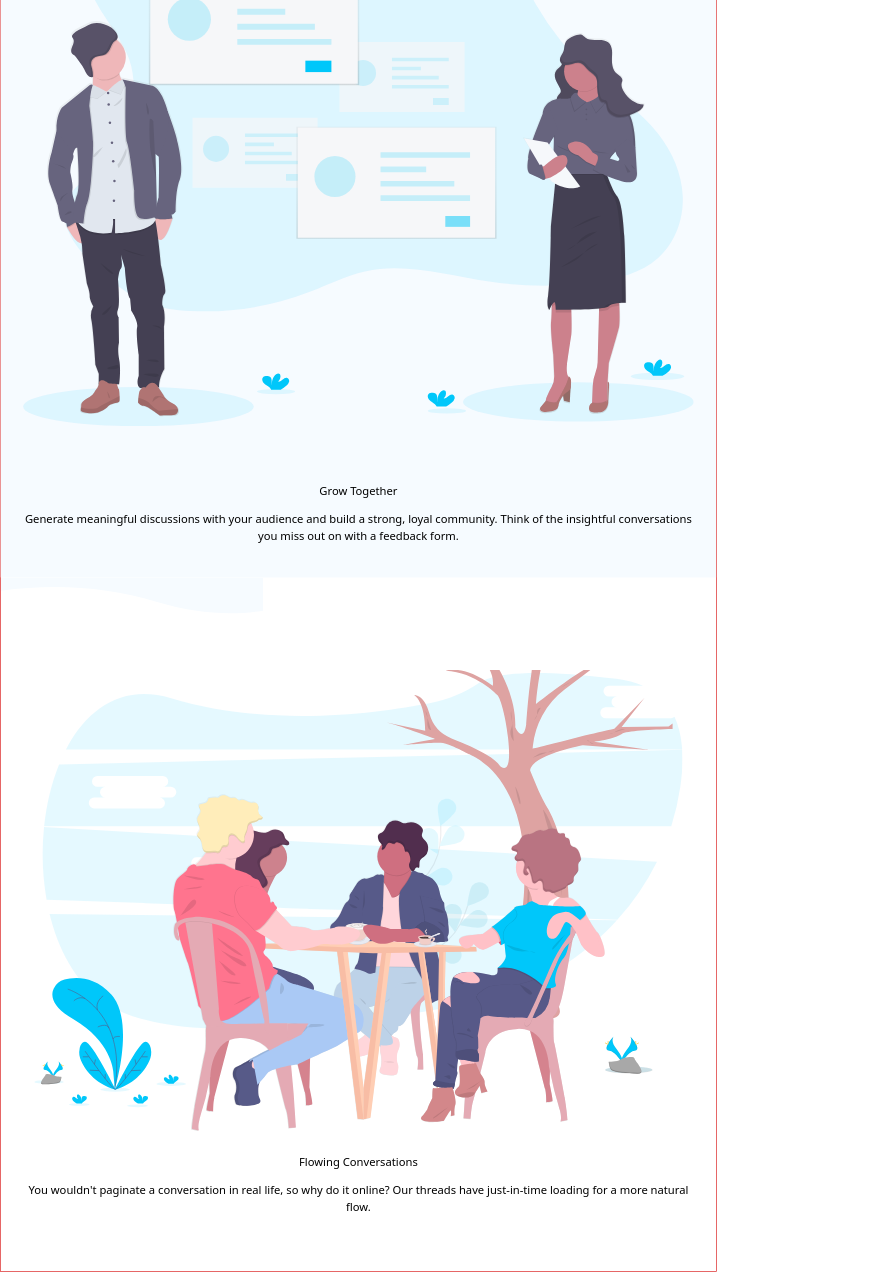
Repository: nivrii/huddle-landing-page-with-curved-sections-master
Page: /
An editor plug-in stored every save of this project. The page is shown before and after the next save, followed by the edit.
The browser window is 1280 px wide. The pictures show the part of the page from y = 1477 to 3397 px (the page is 3294 px tall before and 3397 px after), at 70% of full size.
The project was rebuilt for these pictures with package versions that can differ from the ones it lists, and the page was loaded fresh each time. Also part of the build but not shown: vite.config.js.

Above is the page before, as saved 2024-04-03 18:50:37.

After the next save:
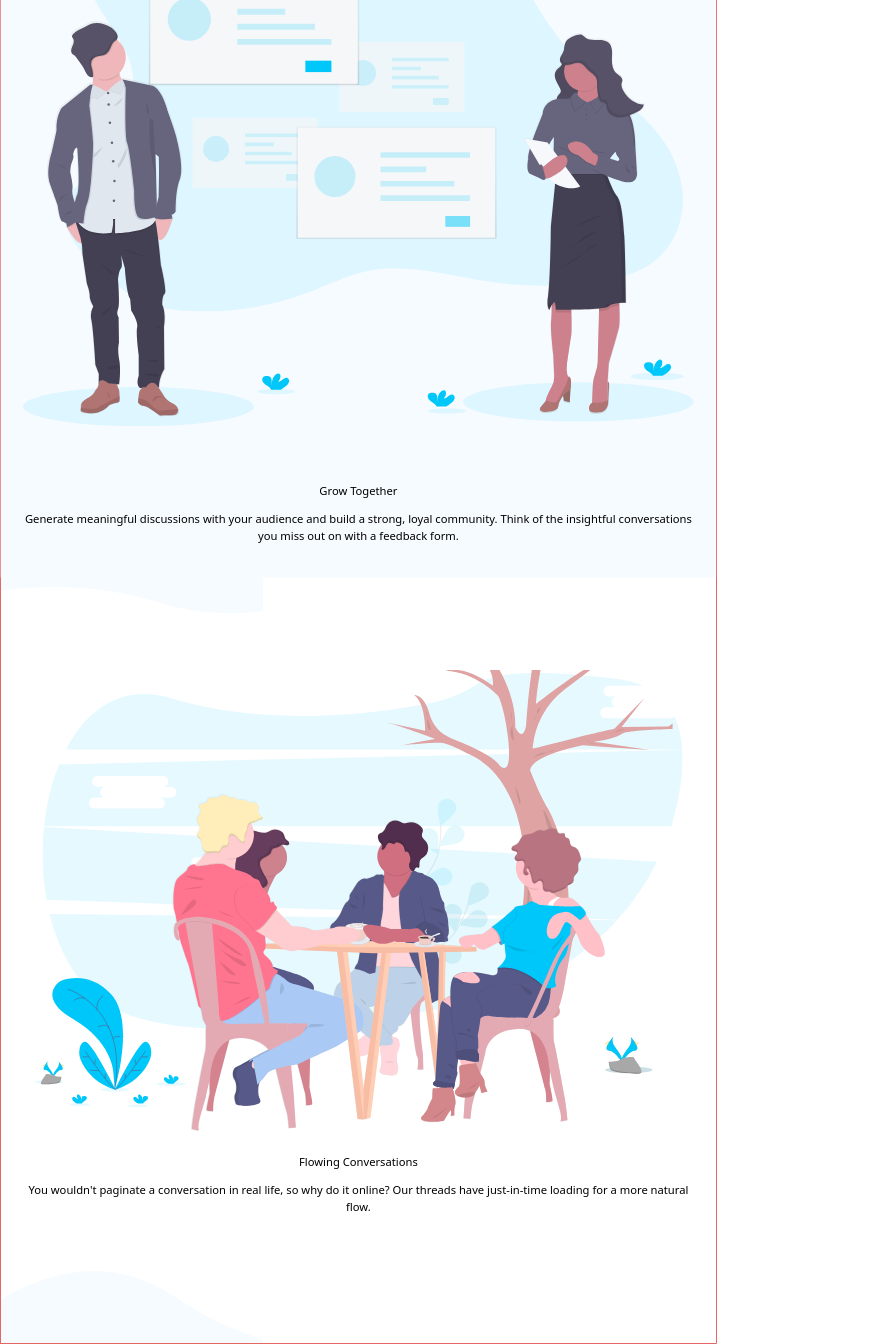
Saved 8 min 8 s later.
--- a/src/App.jsx
+++ b/src/App.jsx
@@ -6,6 +6,7 @@
 import sectionBottom1M from "./assets/images/bg-section-bottom-mobile-1.svg";
 import grow from "./assets/images/illustration-grow-together.svg";
 import conversation from "./assets/images/illustration-flowing-conversation.svg";
+import sectionTop2M from './assets/images/bg-section-top-mobile-2.svg'
 
 function App() {
   return (
@@ -90,6 +91,11 @@
           </p>
         </div>
       </section>
+
+      <img src={sectionTop2M} alt="bottom-top" />
+      <section>
+
+      </section>
     </div>
   );
 }
